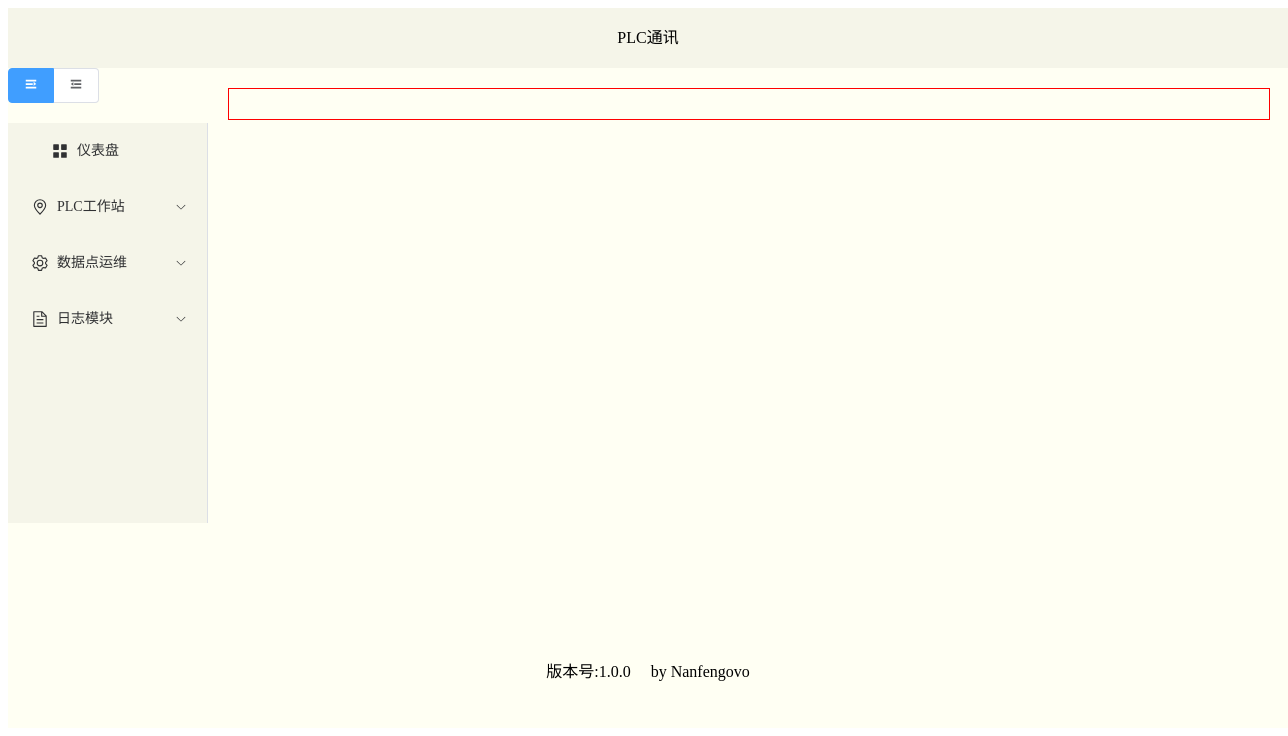
Repository: nanfengovo/HelperWorkStation
Page: /#/frameWork (app in HelperWorkStation/plchelper-ui/)
An editor plug-in stored every save of this project. The page is shown before and after the next save, followed by the edit.
The browser window is 1280 px wide. The page is 1288 px wide, so the pictures cover 1288 px, including what lies to the right of the window. The pictures show the whole page.
The project was rebuilt for these pictures with package versions that can differ from the ones it lists, and the page was loaded fresh each time. Also part of the build but not shown: HelperWorkStation/plchelper-ui/vite.config.ts, HelperWorkStation/plchelper-ui/src/views/Login/index.vue.

Above is the page before, as saved 2024-12-27 09:55:30.

After the next save:
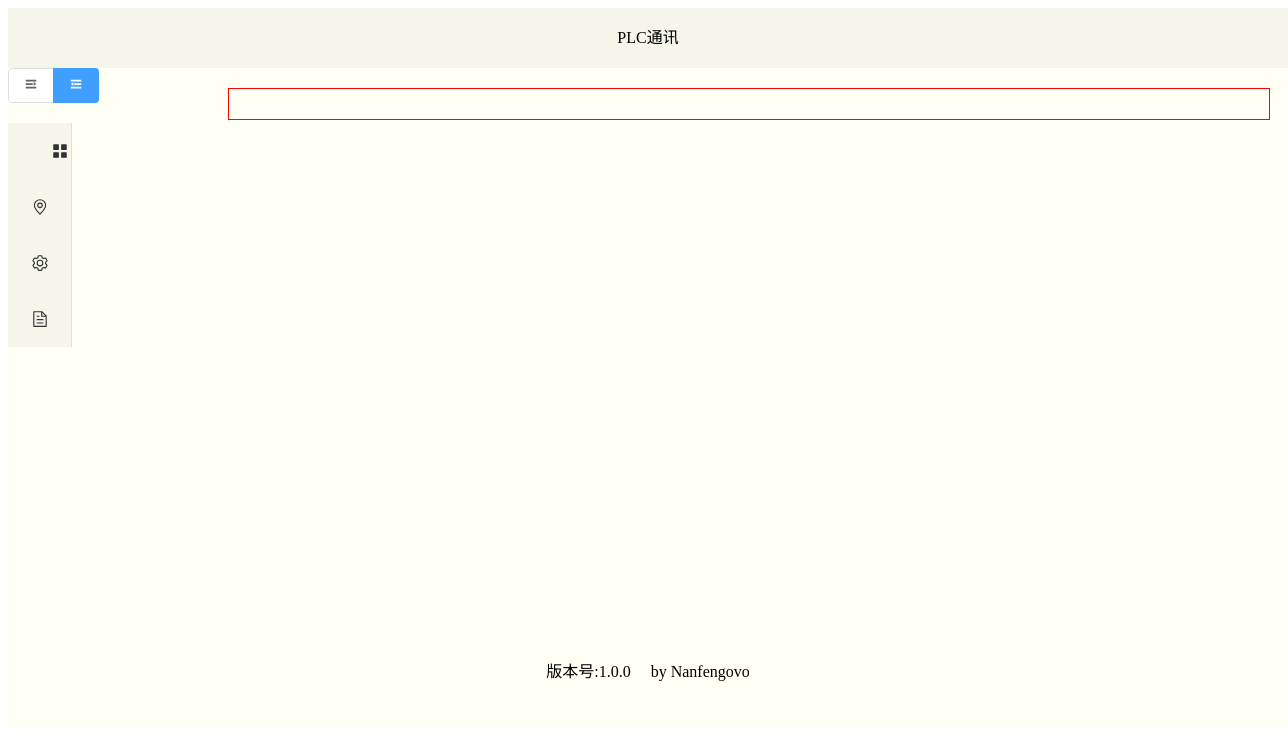
Saved 9 s later.
--- a/HelperWorkStation/plchelper-ui/src/views/FrameWork/index.vue
+++ b/HelperWorkStation/plchelper-ui/src/views/FrameWork/index.vue
@@ -115,7 +115,7 @@
 console.log('route', route)// 获取当前路由
 
 
-const isCollapse = ref(false)
+const isCollapse = ref(true)
 
 </script>
 

After the save that followed:
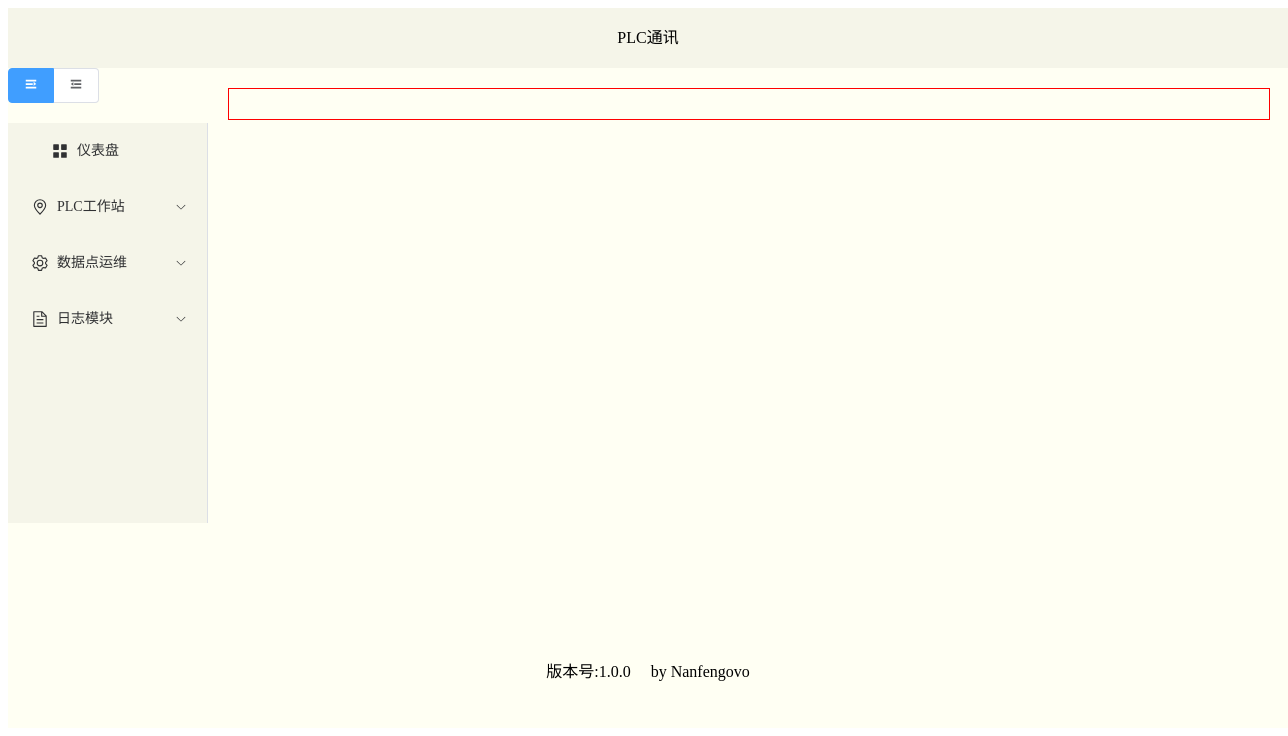
Saved 9 s later.
--- a/HelperWorkStation/plchelper-ui/src/views/FrameWork/index.vue
+++ b/HelperWorkStation/plchelper-ui/src/views/FrameWork/index.vue
@@ -115,7 +115,7 @@
 console.log('route', route)// 获取当前路由
 
 
-const isCollapse = ref(true)
+const isCollapse = ref(false)
 
 </script>
 
